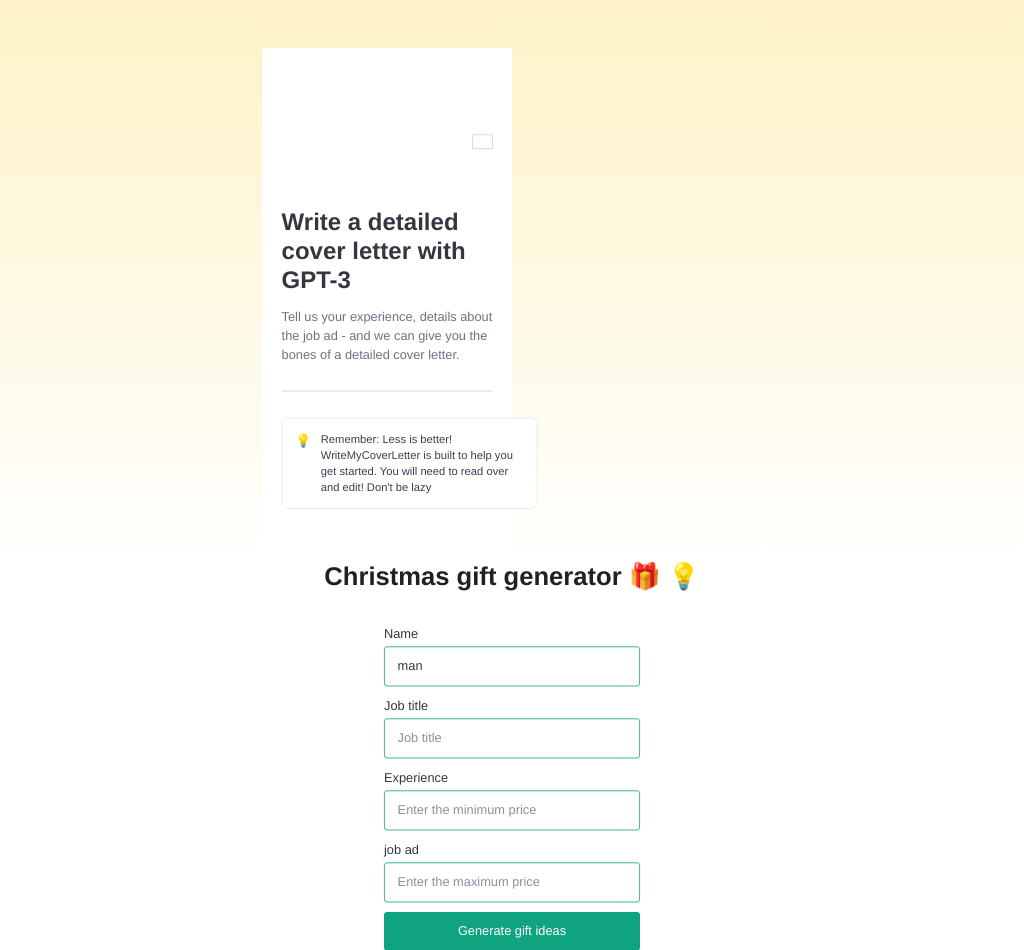
Repository: hamza-mastar/chatgpt-jpbad
Page: /
An editor plug-in stored every save of this project. The page is shown before and after the next save, followed by the edit.
The browser window is 1280 px wide. The pictures show the whole page, at 80% of full size.
Some web fonts or font styles are not loaded; a fallback is used. The project was rebuilt for these pictures with package versions that can differ from the ones it lists, and the page was loaded fresh each time. The framework's server and built-in components were replaced by stand-ins that run in the browser.

Above is the page before, as saved 2023-01-30 03:43:58.

### pages/_app.js
import 'tailwindcss/tailwind.css'

import '../styles/globals.css'

export default function MyApp({ Component, pageProps }) {
  return <Component {...pageProps} />
}

### pages/index.js
import Head from 'next/head';
import React from 'react';
import { useState } from 'react';

import styles from './index.module.css';


// import './gifts.css'




export default function Home() {
  const [name, setName] = useState('man');
  const [job_title, setJob_title] = useState("");
  const [experience, setExperience] = useState("");
  const [job_ad, setJob_ad] = useState("");

  const [loading, setLoading] = useState(false);

  const [result, setResult] = useState('');

  async function onSubmit(event) {
    event.preventDefault();
    if (loading) {
      return;
    }
    setLoading(true);
    setResult('hamza');
    const response = await fetch('/api/generate-gifts', {
      method: 'POST',
      headers: {
        'Content-Type': 'application/json',
      },
      body: JSON.stringify({ name, job_title, experience, job_ad}),
    });
    const data = await response.json();
    setResult(data.result.replaceAll('\n', '<br />'));
    setLoading(false);
  }


  return (
    <>



    <div>

      <Head>
        <title>OpenAI Quickstart</title>
        <link rel="icon" href="/dog.png" />
      </Head>

      <main className={styles.main}>
      <div class=" flex relative sm:flex-col md:flex-col">
            <div class="   w-full lg:w-1/2 relative  ">
                    <div class="  h-full px-5 sm:px-6 bg-white" >
                        <div class="h-full w-full max-w-xl mx-auto flex flex-col after:mt-auto after:flex-1">
                            <header class= "sm:flex-1 mt-10 flex mb-auto sm:py-10 pt-6 items-center sm:justify-between flex-col sm:flex-row">
                                <div class="flex items-center justify-between h-24 md:h-20">
                                    <a aria-current="page" href="/" class="router-link-active router-link-exact-active block group" aria-label="Write My PRD">
                                    {/* <img className="youlogo" src={logo} alt="Your Logo" /> */}
                                    </a>

                                </div>
                                <div class="my-6 sm:m-0">
                                    <span class="isolate inline-flex rounded-md shadow-sm">



                                        <button type="button" class="relative -ml-px inline-flex items-center border border-gray-300 bg-white px-3 py-2 text-sm font-medium text-gray-700 hover:bg-gray-50"></button>
                                    </span>
                                </div>
                            </header>

                            {/* <!-----------2-4-1--------> */}
                            <div class="flex-1 ">
                                {/* <!-----------2-4-1-1-------> */}

                                <div class="mb-4">
                                    {/* <!-----------2-4-1-1-1------> */}
                                    <h1 class="tex-0-w text-3xl font-bold font-inter mb-2">Write a detailed cover letter with GPT-3</h1>
                                    <div class="text-gray-500 mt-4 mb-6"> Tell us your experience, details about the job ad - and we can give you the bones of a detailed cover letter. </div>

                                    <div class="divide-y divide-gray-200 my-8 relative border"></div>
                                </div>
                                {/* <!-----------2-4-1-2-------> */}
                                <form class="mb-12 relative">
                                    {/* <!-----------2-4-1-2-1------> */}

                                    <div class="rounded-lg bg-white border p-4">
                                        <div class="flex">
                                            <div class="flex-shrink-0">💡</div>
                                            <div class="ml-3 flex-1 md:flex md:justify-between">
                                                <p class="text-sm text-gray-700 font-medium"> Remember: Less is better! WriteMyCoverLetter is built to help you get started. You will need to read over and edit! Don't be lazy </p>
                                            </div>
                                        </div>
                                    </div>
                                    {/* <!-----------2-4-1-2-2------> */}

                                </form>
                        </div>
                    </div>
                </div>
            </div>
                {/* <!-----------2-1-1---------> */}

        </div>
        <h3  >Christmas gift generator 🎁 💡</h3>
        <form  onSubmit={onSubmit}>
          <label>Name</label>
          <input
            type="text"
            name="name"
            placeholder="Enter the Name"
            value={name}
            onChange={(e) => setName(e.target.value)}
          />


          <label>Job title</label>
          <input
            type="text"
            name="job_title"
            placeholder="Job title"
            value={job_title}
            onChange={(e) => setJob_title(e.target.value)}
          />

          <label>Experience </label>
          <input
            type="text"
            name="experience"
            placeholder="Enter the minimum price"
            value={experience}
            onChange={(e) => setExperience(e.target.value)}
          />

          <label> job ad</label>
          <input
            type="text"
            name="job_ad"
            placeholder="Enter the maximum price"
            value={job_ad}
            onChange={(e) => setJob_ad(e.target.value)}
          />



          <input type="submit" value="Generate gift ideas" />
        </form>
        {loading && (
          <div>
            <h3>Looking for the best gift ideas 🎁 💡</h3>
            <img src="/loading.gif" className={styles.loading} />
          </div>
        )}

        <div className="absolute inset-0 bg-gradient-to-b from-amber-100 to-white pointer-events-none -z-10" aria-hidden="true">




        <div
          className={styles.result}
          dangerouslySetInnerHTML={{ __html: result }}


        />
        </div>












      </main>
      </div>



    </>
  );
}
// Name Job_title Experience job_ad

### pages/index.module.css


@font-face {
  font-family: "ColfaxAI";
  src: url(https://cdn.openai.com/API/fonts/ColfaxAIRegular.woff2)
      format("woff2"),
    url(https://cdn.openai.com/API/fonts/ColfaxAIRegular.woff) format("woff");
  font-weight: normal;
  font-style: normal;
}
@font-face {
  font-family: "ColfaxAI";
  src: url(https://cdn.openai.com/API/fonts/ColfaxAIBold.woff2) format("woff2"),
    url(https://cdn.openai.com/API/fonts/ColfaxAIBold.woff) format("woff");
  font-weight: bold;
  font-style: normal;
}
.main,
.main input {
  font-size: 16px;
  line-height: 24px;
  color: #353740;
  font-family: "ColfaxAI", Helvetica, sans-serif;
}
.main {
  display: flex;
  flex-direction: column;
  align-items: center;
  padding-top: 60px;
}
.main .icon {
  width: 34px;
}
.main h3 {
  font-size: 32px;
  line-height: 40px;
  font-weight: bold;
  color: #202123;
  margin: 16px 0 40px;
}
.main form {
  display: flex;
  flex-direction: column;
  width: 320px;
}
.main input[type="text"] {
  padding: 12px 16px;
  border: 1px solid #10a37f;
  border-radius: 4px;
  margin-bottom: 24px;
  outline-color: #10a37f;
}
.main ::placeholder {
  color: #8e8ea0;
  opacity: 1;
}
.main input[type="submit"] {
  padding: 12px 0;
  color: #fff;
  background-color: #10a37f;
  border: none;
  border-radius: 4px;
  text-align: center;
  cursor: pointer;
}
.main .result {
  padding: 100px;
  font-weight: bold;
  margin-top: 40px;
  position:absolute;
  display: flex;
  justify-content: end;
}

.main .loading {
  width: 50;
}

.main input[type="text"],
.main input[type="number"],
.main select {
  padding: 12px 16px;
  border: 1px solid #10a37f;
  border-radius: 4px;
  margin-bottom: 12px;
  margin-top: 4px;
}
.hamza {
  background-color: #10a37f;
}






.relative {
  position: relative;
}

Loaded but not shown: styles/globals.css (common file); tailwind.config.js (common file)

After the next save:
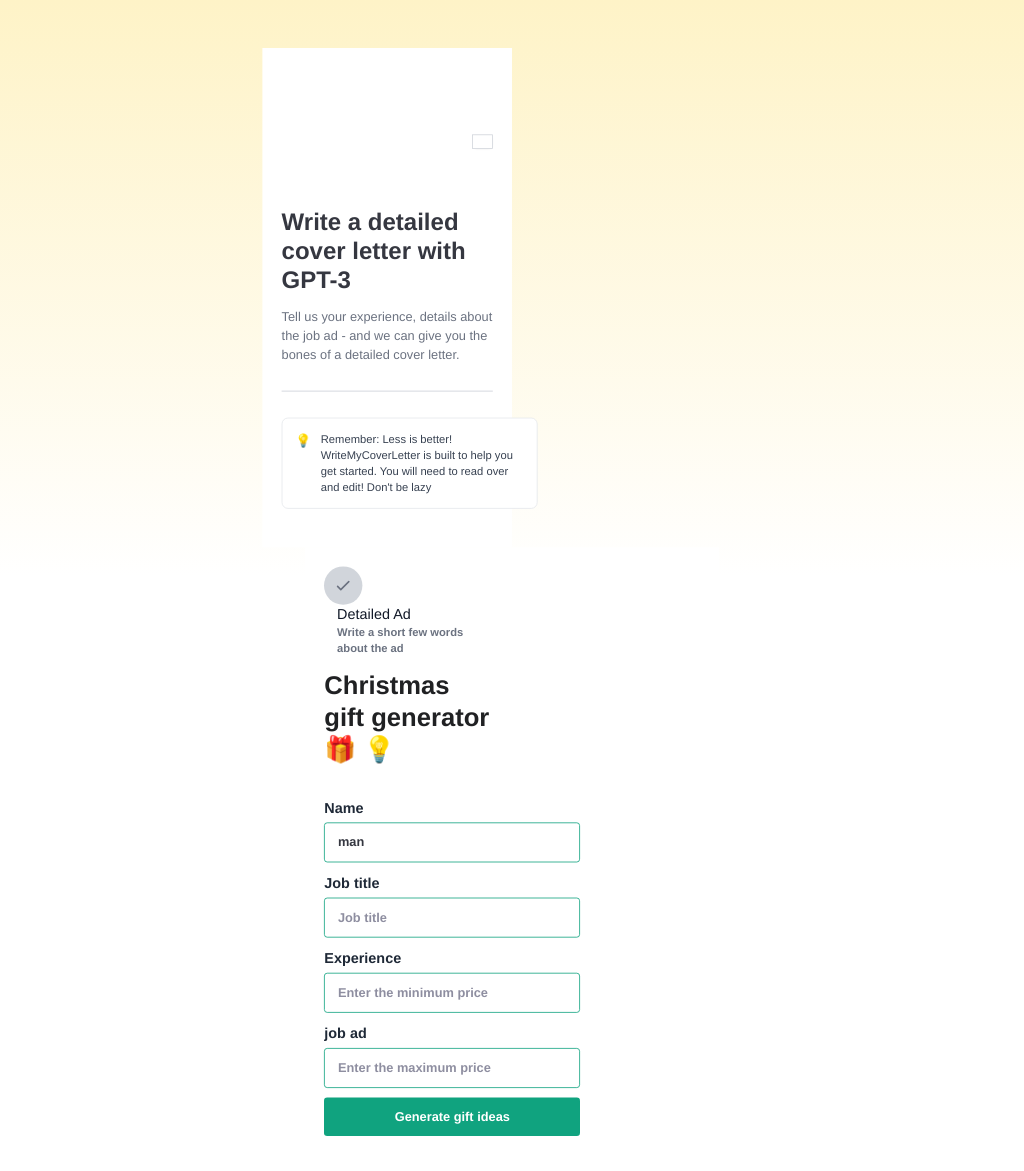
Saved 4 min 22 s later.
--- a/pages/index.js
+++ b/pages/index.js
@@ -107,6 +107,23 @@
                 {/* <!-----------2-1-1---------> */}
 
         </div>
+        <div>
+        <div className="bg-white flex relative sm:flex-col md:flex-col">
+            <div className="  min-h-screen  lg:w-1/2 relative">
+                <div className="  h-full px-5 sm:px-6">
+                    <div className=" max-w-xl mx-auto flex flex-col after:mt-auto after:flex-1">
+                        <div className="py-6 ">
+                            <div className="text-lg font-bold text-gray-800 mb-5">
+                                <div className="text-pink-500">
+                                    <div className=" flex-shrink-0 inline-flex items-center justify-center md:h-12 md:w-12 h-6 w-6 rounded-full bg-gray-300 sm:mx-0 sm:h-10 sm:w-10  bg-gray-300 ">
+                                        <svg xmlns="http://www.w3.org/2000/svg" fill="none" viewBox="0 0 24 24" stroke-width="2" stroke="currentColor" aria-hidden="true" className="  h-3 w-3 md:h-6 md:w-6 text-gray-500 text-gray-500"><path stroke-linecap="round" stroke-linejoin="round" d="M5 13l4 4L19 7"></path></svg>
+                                    </div>
+                                    <div className="mt-0 ml-4 text-left">
+                                        <div as="h3" className="text-lg leading-6 font-medium text-gray-900">Detailed Ad</div>
+                                        <p className="text-sm text-gray-500">Write a short few words about the ad</p>
+                                    </div>
+                                </div>
+                                <div className="mt-4">
         <h3  >Christmas gift generator 🎁 💡</h3>
         <form  onSubmit={onSubmit}>
           <label>Name</label>
@@ -150,11 +167,25 @@
 
           <input type="submit" value="Generate gift ideas" />
         </form>
+        </div>
+          </div>
+          </div>
+          </div>
+          </div>
+          </div>
+          </div>
+          </div>
+
+
+
         {loading && (
           <div>
             <h3>Looking for the best gift ideas 🎁 💡</h3>
             <img src="/loading.gif" className={styles.loading} />
           </div>
+
+
+
         )}
 
         <div className="absolute inset-0 bg-gradient-to-b from-amber-100 to-white pointer-events-none -z-10" aria-hidden="true">
